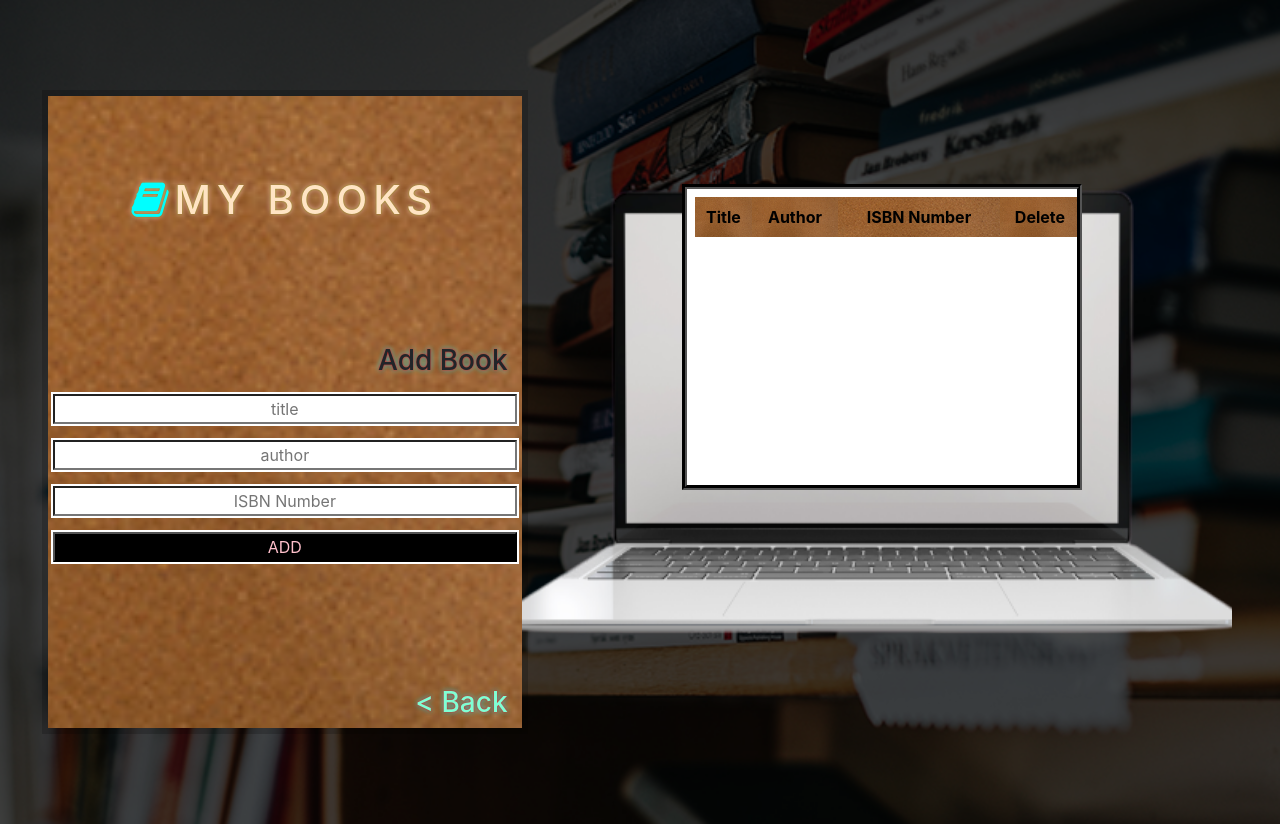
Repository: CSituma/Home-Library-App
Page: libu.html
An editor plug-in stored every save of this project. The page is shown before and after the next save, followed by the edit.
The browser window is 1280 px wide. The pictures show the whole page.
Backgrounds fixed to the window are drawn as part of the page. Some web libraries are served in a nearby version.

Above is the page before, as saved 2020-11-10 21:28:19.

After the next save:
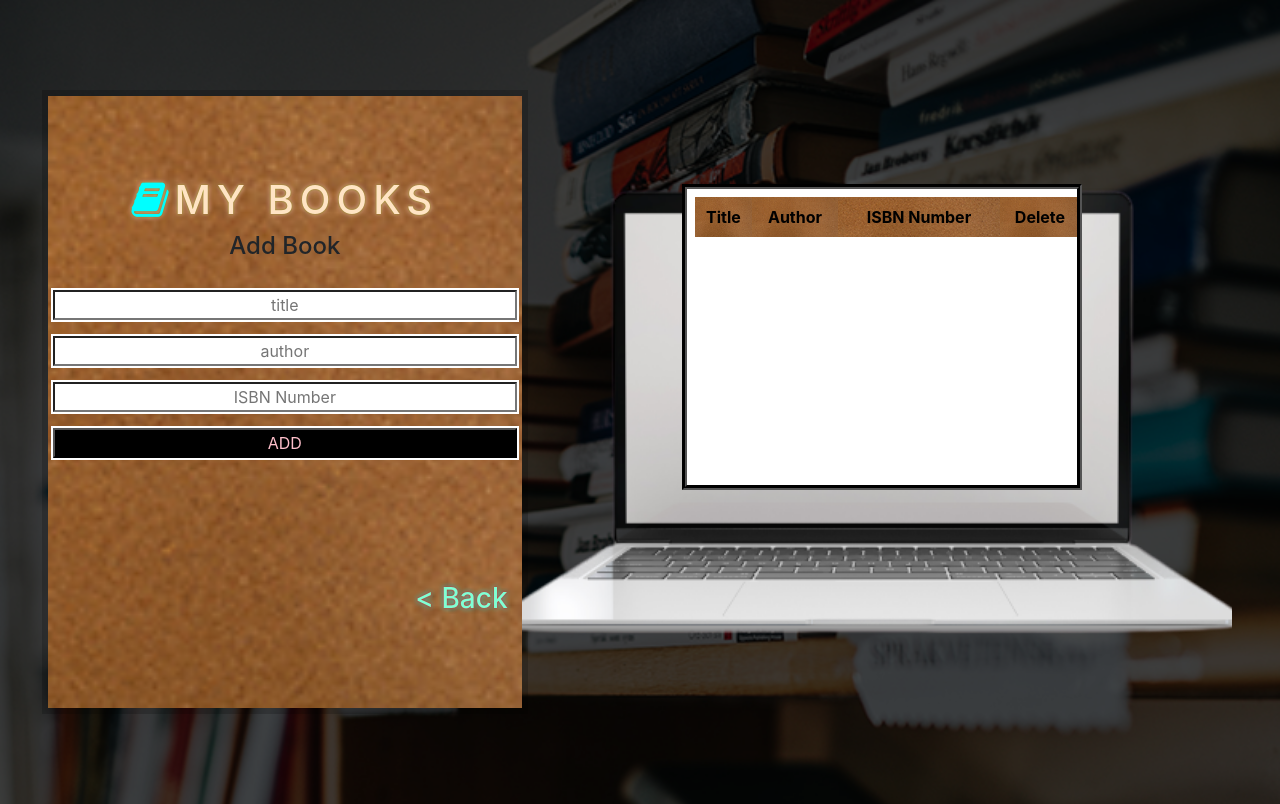
Saved 36 s later.
--- a/libu.html
+++ b/libu.html
@@ -15,7 +15,7 @@
         <div class="js">
 
             <h1><i class="fa fa-book"></i>MY BOOKS</h1>
-                        <h3>Add Book</h3>
+                        <h4>Add Book</h4>
             <form id="form">
                 <input type= "text" id= "title"  placeholder="title">
                 <input type= "text" id= "author" placeholder="author" >
